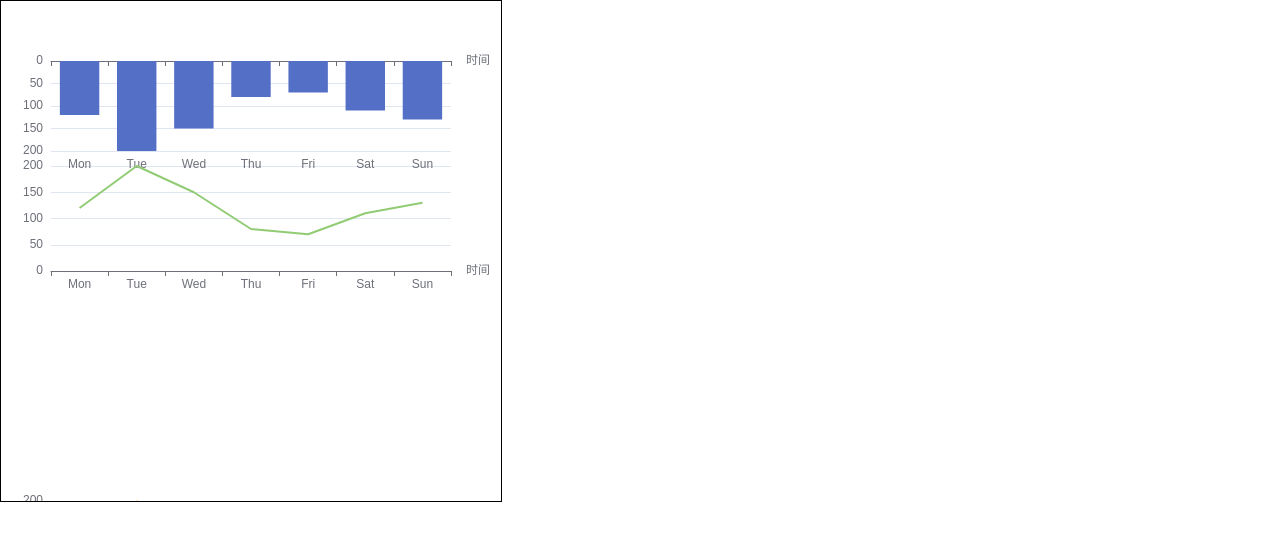
Repository: LeP-Ton/curve
Page: /
These files come from the project's save history. The page is drawn as it stood at one moment and after a run of saves; the edit follows.
The browser window is 1280 px wide. The pictures show the whole page.
The project was rebuilt for these pictures with package versions that can differ from the ones it lists, and the page was loaded fresh each time.

Above is the page before, as saved 2022-08-18 20:23:31.

After the next 2 saves:
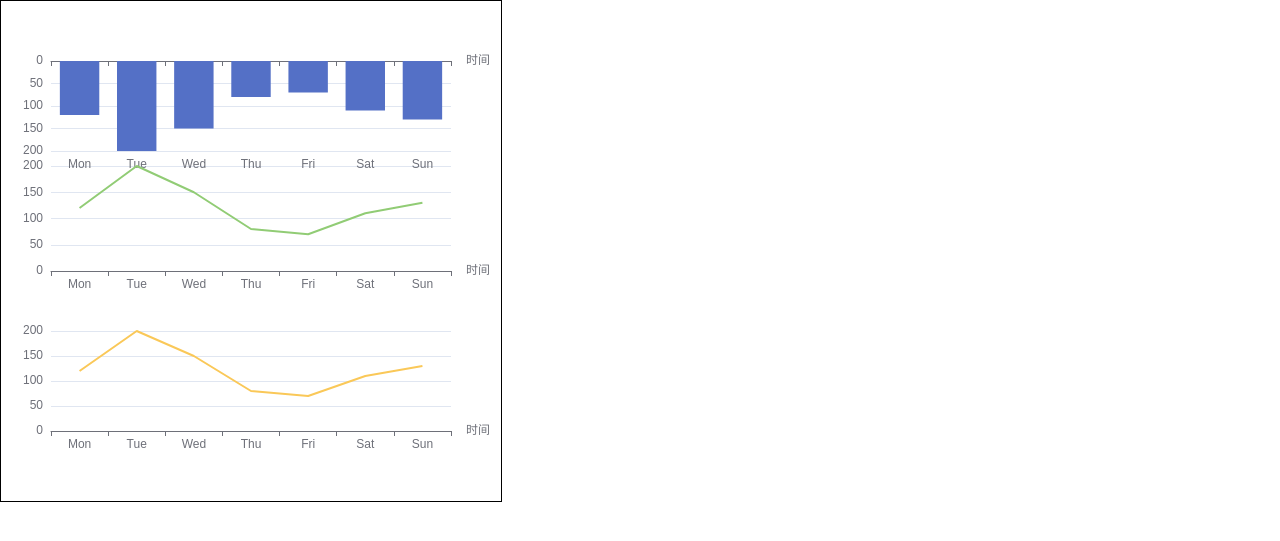
The 2 saves are shown as one change because they came seconds apart.
The last was saved 12 s later.
--- a/src/index.js
+++ b/src/index.js
@@ -54,8 +54,7 @@ const option = {
       bottom:'46%'
     },
     {
-      top: '100%',
-      bottom: '-60%'
+      top: '66%',
     }
   ],
   series: [
